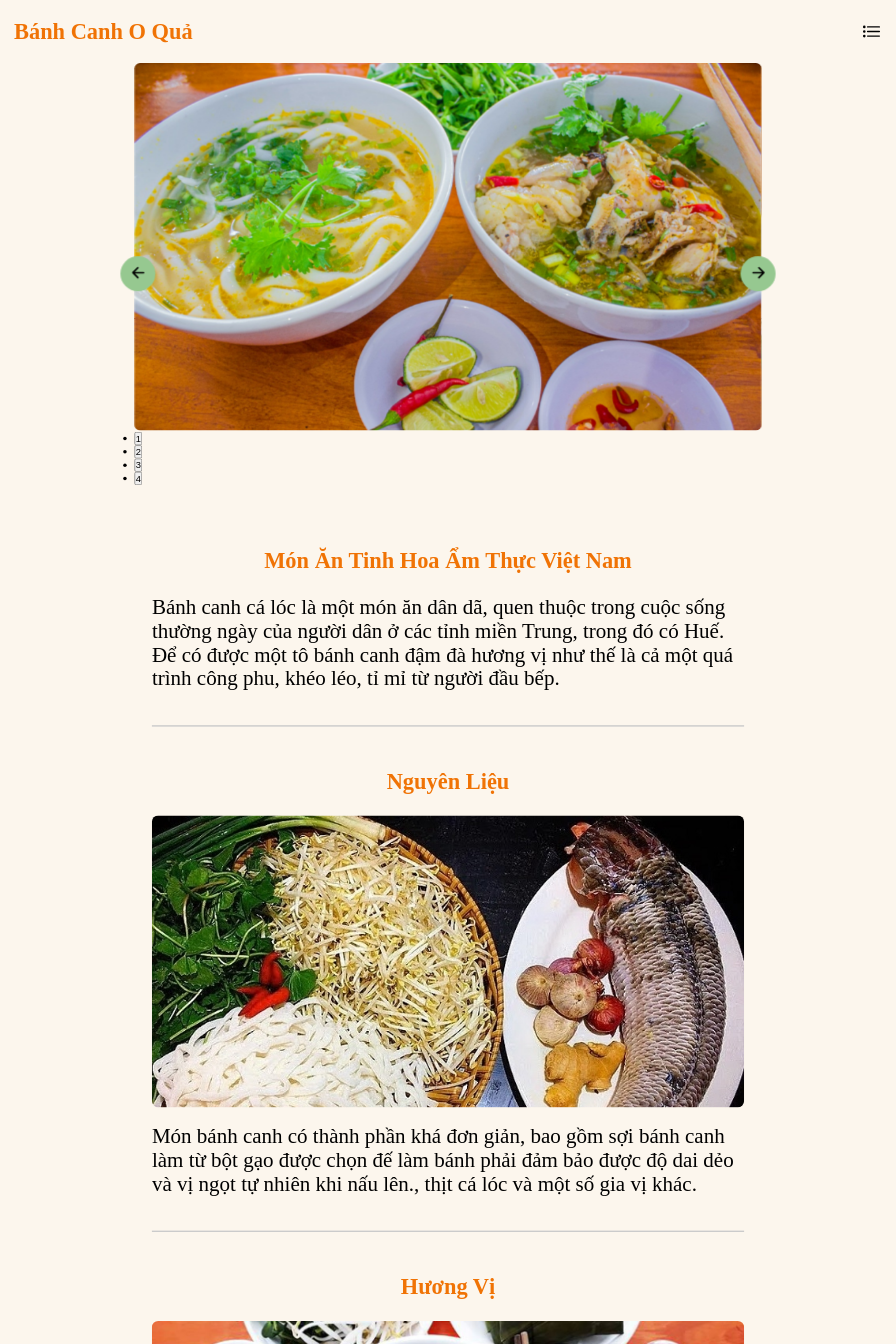
Repository: LeCongTuan2608/AmThuc
Page: index.html
The author's editor kept a copy of each file at every save. The page is drawn from the files as they stood at one save, then again after the next save.
The browser window is 1280 px wide. The pictures show the part of the page from y = 0 to 1920 px (the page is 3530 px tall), at 70% of full size.
Some web fonts or font styles are not loaded; a fallback is used. Some web libraries are served in a nearby version. The style sheet was rebuilt from its Sass, Less or Tailwind sources for each picture, by a compiler version that may differ from the author's.

Above is the page before, as saved 2022-04-15 13:56:29.

After the next save:
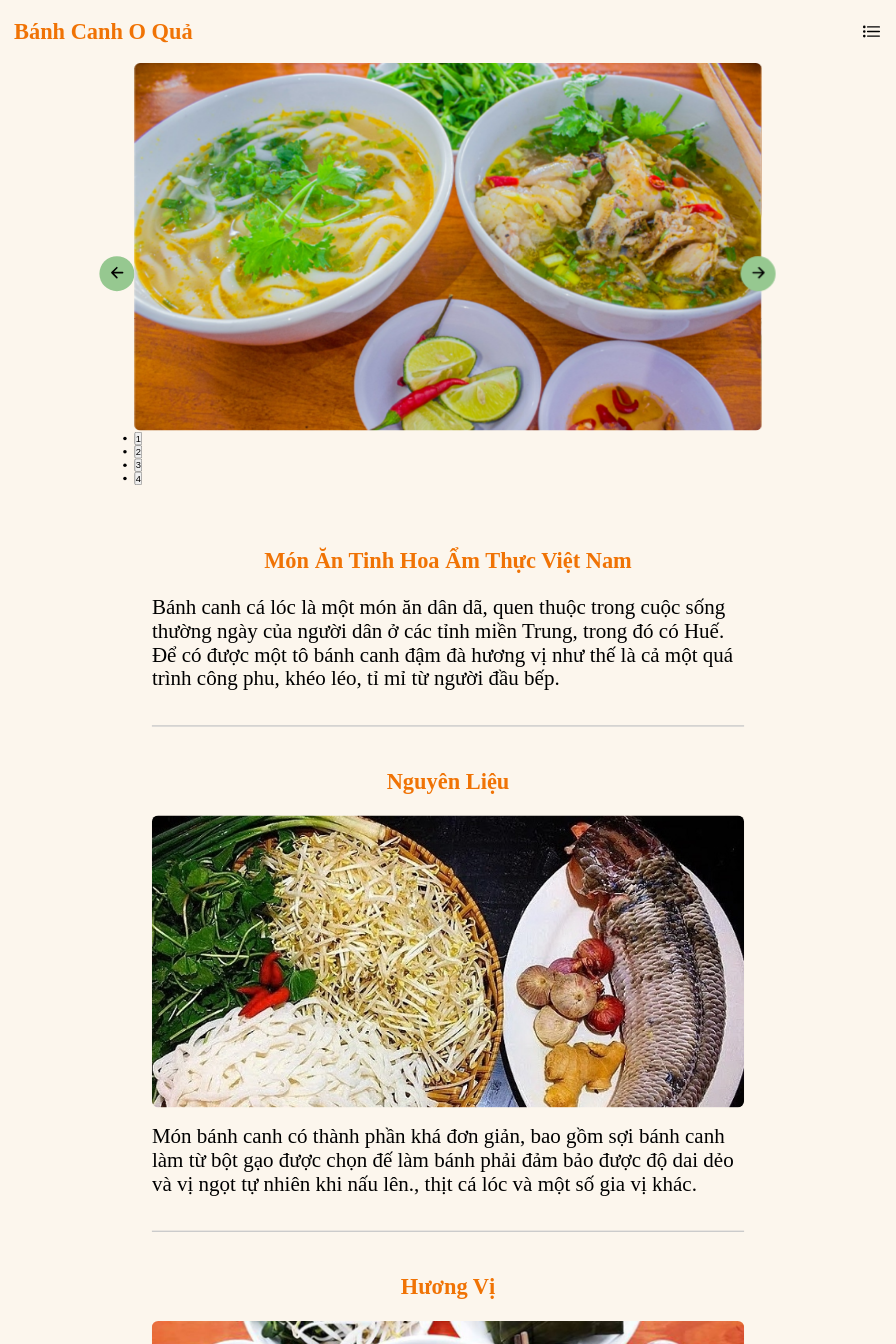
Saved 12 s later.
--- a/sass/index.scss
+++ b/sass/index.scss
@@ -75,7 +75,7 @@ main #container{
     background-color: $words_Color;
 }
 .slick-prev{
-    left:-20px;
+    left:-50px;
 
 }
 .slick-next{
